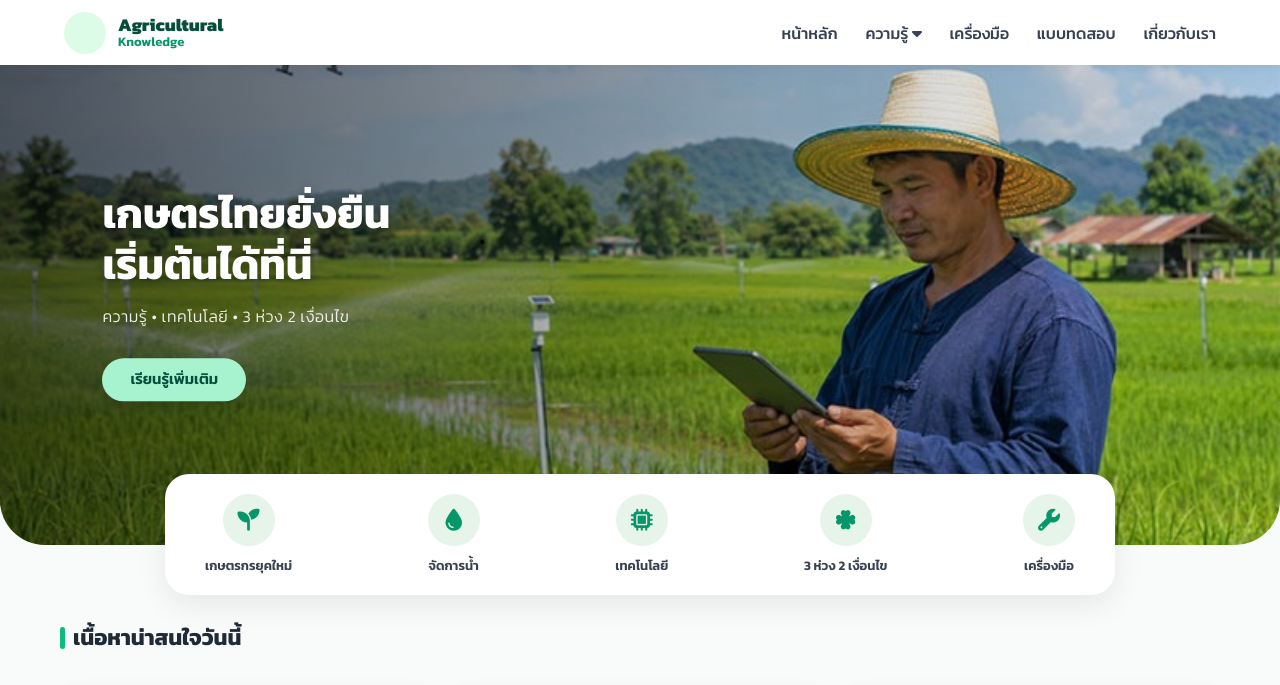
Repository: nuwat-wa/Project-WebdesignAG
Page: ag1.html
These files come from the project's save history. The page is drawn as it stood at one moment and after the next save; the edit follows.
The browser window is 1280 px wide. The pictures show the part of the page from y = 0 to 685 px (the page is 1534 px tall).
Pictures or frames that could not be fetched are drawn as grey boxes.

Above is the page before, as saved 2026-09-25 19:20:21.

### ag1.html
<!doctype html>
<html lang="en">
  <head>
    <meta charset="UTF-8" />
    <meta name="viewport" content="width=device-width, initial-scale=1.0" />
    <title>Agricultural Knowledge</title>
    <link
      href="https://cdn.jsdelivr.net/npm/bootstrap@5.3.8/dist/css/bootstrap.min.css"
      rel="stylesheet"
      integrity="sha384-sRIl4kxILFvY47J16cr9ZwB07vP4J8+LH7qKQnuqkuIAvNWLzeN8tE5YBujZqJLB"
      crossorigin="anonymous"
    />
    <link
      rel="stylesheet"
      href="https://cdnjs.cloudflare.com/ajax/libs/font-awesome/6.7.2/css/all.min.css"
    />
    <link rel="stylesheet" href="ag1.css" />
  </head>
  <body>
    <header class="header">
      <div class="logo">
        <div class="logo-icon">
          <i class=""></i>
        </div>
        <div class="brand-text">
          <h1 class="title">Agricultural</h1>
          <span class="subtitle">Knowledge</span>
        </div>
      </div>

      <nav class="nav-links">
        <a href="#">หน้าหลัก</a>
        <a href="#">ความรู้ <i class="fa-solid fa-caret-down"></i> </a>
        <a href="#">เครื่องมือ</a>
        <a href="#">แบบทดสอบ</a>
        <a href="#">เกี่ยวกับเรา</a>
      </nav>
    </header>

    <!-- Full-Width Hero Section (เต็มความกว้างจอ) -->
    <section class="hero-section-full">
      <div class="hero-banner-bg">
        <!-- รูปภาพ Hero Background -->
        <img src="img/aghero.jpg" alt="เกษตรไทยยั่งยืน" />
        <div class="overlay"></div>

        <!-- ข้อความบน Hero Banner -->
        <div class="hero-content">
          <h2 class="hero-title">เกษตรไทยยั่งยืน<br />เริ่มต้นได้ที่นี่</h2>
          <p class="hero-subtitle">ความรู้ • เทคโนโลยี • 3 ห่วง 2 เงื่อนไข</p>
          <a href="#" class="btn-learn-more"> เรียนรู้เพิ่มเติม </a>
        </div>
      </div>

      <!-- แถบหมวดหมู่ลอยตรงกลาง (Floating Category Bar) -->
      <div class="category-bar-wrapper">
        <div class="category-bar">
          <a href="#" class="category-item">
            <div class="cat-icon"><i class="fa-solid fa-sprout"></i></div>
            <span>เกษตรกรยุคใหม่</span>
          </a>
          <a href="#" class="category-item">
            <div class="cat-icon"><i class="fa-solid fa-droplet"></i></div>
            <span>จัดการน้ำ</span>
          </a>
          <a href="#" class="category-item">
            <div class="cat-icon"><i class="fa-solid fa-microchip"></i></div>
            <span>เทคโนโลยี</span>
          </a>
          <a href="#" class="category-item">
            <div class="cat-icon"><i class="fa-solid fa-clover"></i></div>
            <span>3 ห่วง 2 เงื่อนไข</span>
          </a>
          <a href="#" class="category-item">
            <div class="cat-icon"><i class="fa-solid fa-wrench"></i></div>
            <span>เครื่องมือ</span>
          </a>
        </div>
      </div>
    </section>

    <!-- Main Content Container (ส่วนเนื้อหาจำกัดความกว้างตรงกลาง) -->
    <main class="main-container">
      <!-- Section: เนื้อหาน่าสนใจวันนี้ -->
      <section class="content-section">
        <div class="section-header">
          <h2 class="section-title">เนื้อหาน่าสนใจวันนี้</h2>
        </div>

        <div class="carousel-container">
          <!-- ปุ่มกดเลื่อน Left / Right -->
          <a href="#card-3" class="slider-btn prev-btn" aria-label="Previous"
            ><i class="fa-solid fa-chevron-left"></i
          ></a>

          <div class="cards-scroll-wrapper">
            <!-- Card 1 -->
            <div class="content-card" id="card-1">
              <div class="card-img-holder">
                <img
                  src="https://images.unsplash.com/photo-1508614589041-895b88991e3e?auto=format&fit=crop&w=600&q=80"
                  alt="เทคโนโลยีโดรนเพื่อการเกษตร"
                />
              </div>
              <div class="card-body">
                <h3>เทคโนโลยีโดรนเพื่อการเกษตร</h3>
              </div>
            </div>

            <!-- Card 2 -->
            <div class="content-card" id="card-2">
              <div class="card-img-holder">
                <img
                  src="https://images.unsplash.com/photo-1592417817098-8f3d6ef23a81?auto=format&fit=crop&w=600&q=80"
                  alt="การจัดการดินอย่างยั่งยืน"
                />
              </div>
              <div class="card-body">
                <h3>การจัดการดินอย่างยั่งยืน</h3>
              </div>
            </div>

            <!-- Card 3 -->
            <div class="content-card" id="card-3">
              <div class="card-img-holder">
                <img
                  src="https://images.unsplash.com/photo-1595855759920-86582396756a?auto=format&fit=crop&w=600&q=80"
                  alt="พืชเศรษฐกิจที่น่าสนใจ"
                />
              </div>
              <div class="card-body">
                <h3>พืชเศรษฐกิจที่น่าสนใจ</h3>
              </div>
            </div>
          </div>

          <a href="#card-2" class="slider-btn next-btn" aria-label="Next"
            ><i class="fa-solid fa-chevron-right"></i
          ></a>
        </div>

        <!-- Green Banner Card -->
        <div class="philosophy-banner">
          <div class="banner-info">
            <span class="banner-badge">ปรัชญาเศรษฐกิจพอเพียง</span>
            <h3 class="banner-title">องค์ความรู้ 3 ห่วง 2 เงื่อนไข</h3>
            <p class="banner-desc">
              แนวทางเพื่อความมั่นคงและยั่งยืนทางการเกษตร
            </p>
          </div>
          <a href="#" class="btn-read-banner">เข้าชม</a>
        </div>
      </section>
    </main>

    <footer class="site-footer">
      <div class="footer-top">
        <!-- โลโก้และคำอธิบาย -->
        <div class="footer-about">
          <div class="footer-logo">
            <span class="footer-logo-icon">🌱</span>

            <div>
              <strong>Agricultural</strong>
              <small>Knowledge</small>
            </div>
          </div>

          <p>
            แพลตฟอร์มการเรียนรู้และคลังความรู้เพื่อการเรียนรู้ด้านการเกษตร
            สนับสนุนเกษตรกรไทยด้วยเทคโนโลยีและองค์ความรู้ที่ยั่งยืน
          </p>
        </div>

        <!-- เมนูหลัก -->
        <div class="footer-column">
          <h3>เมนูหลัก</h3>

          <ul>
            <li><a href="home.html">หน้าหลัก</a></li>
            <li><a href="knowledge.html">ความรู้</a></li>
            <li><a href="tools.html">เครื่องมือ</a></li>
            <li><a href="quiz.html">แบบทดสอบ</a></li>
            <li><a href="about.html">เกี่ยวกับเรา</a></li>
          </ul>
        </div>

        <!-- หมวดความรู้ -->
        <div class="footer-column">
          <h3>ความรู้</h3>

          <ul>
            <li><a href="modern-farming.html">เกษตรยุคใหม่</a></li>
            <li><a href="water.html">การจัดการน้ำ</a></li>
            <li><a href="drone.html">เทคโนโลยีโดรน</a></li>
            <li><a href="sufficiency.html">3 ห่วง 2 เงื่อนไข</a></li>
            <li><a href="crops.html">พืชเศรษฐกิจ</a></li>
          </ul>
        </div>

        <!-- ติดต่อ -->
        <div class="footer-contact">
          <h3>ติดต่อเรา</h3>

          <p>
            ส่งเสริมการเกษตรและเครือข่ายความร่วมมืออัจฉริยะ
            เพื่อยกระดับคุณภาพชีวิตเกษตรกร
          </p>

          <!-- ใส่ URL ของช่องทางจริงใน href -->
          <div class="footer-social">
            <a href="#" aria-label="Facebook">f</a>
            <a href="#" class="social-line" aria-label="LINE">LINE</a>
            <a href="#" aria-label="YouTube">▶</a>
          </div>
        </div>
      </div>

      <!-- ส่วนล่าง -->
      <div class="footer-bottom">
        <p>© 2026 Agricultural Knowledge Platform. All rights reserved.</p>

        <div class="footer-policy">
          <a href="privacy.html">นโยบายความเป็นส่วนตัว</a>
          <span>·</span>
          <a href="terms.html">ข้อกำหนดการใช้งาน</a>
        </div>
      </div>
    </footer>

    <script
      src="https://cdn.jsdelivr.net/npm/bootstrap@5.3.8/dist/js/bootstrap.bundle.min.js"
      integrity="sha384-FKyoEForCGlyvwx9Hj09JcYn3nv7wiPVlz7YYwJrWVcXK/BmnVDxM+D2scQbITxI"
      crossorigin="anonymous"
    ></script>
  </body>
</html>

### ag1.css
@import url("https://fonts.googleapis.com/css2?family=Kanit:ital,wght@0,100;0,200;0,300;0,400;0,500;0,600;0,700;0,800;0,900;1,100;1,200;1,300;1,400;1,500;1,600;1,700;1,800;1,900&display=swap");

* {
  margin: 0;
  padding: 0;
  box-sizing: border-box;
  font-family: "Kanit", sans-serif;
  font-style: normal;
}

body {
  background: #f8fbf9;
  overflow-x: hidden;
}

/* Scrollbar Clean Design */
html {
  scrollbar-width: none;
  -ms-overflow-style: none;
  scroll-behavior: smooth;
}

html::-webkit-scrollbar {
  display: none;
}

/* Header Navbar */
.header {
  position: fixed;
  top: 0;
  left: 0;
  width: 100%;
  padding: 0 5%;
  height: 65px;
  background: white;
  display: flex;
  justify-content: space-between;
  align-items: center;
  box-shadow: 0 2px 10px rgba(0, 0, 0, 0.05);
  z-index: 1000;
}

.logo {
  display: flex;
  align-items: center;
  gap: 12px;
}

.logo-icon {
  width: 42px;
  height: 42px;
  background-color: #dcfce7;
  border-radius: 50%;
  display: flex;
  align-items: center;
  justify-content: center;
}

.brand-text {
  display: flex;
  flex-direction: column;
}

.title {
  margin: 0;
  font-size: 18px;
  font-weight: 800;
  color: #064e3b;
  line-height: 0.95;
}

.subtitle {
  font-size: 13px;
  font-weight: 600;
  color: #059669;
  line-height: 1.1;
  margin-top: 2px;
}

.nav-links a {
  text-decoration: none;
  color: #374151;
  font-weight: 500;
  margin-left: 24px;
  padding-bottom: 4px;
  transition: all 0.2s ease;
}

.nav-links a:hover,
.nav-links a.active {
  color: #2d6a4f;
  border-bottom: 2px solid #2d6a4f;
}

/* -------------------------------------------------------------
   Hero Section Full-Width (ขยายเต็ม 100% หน้าจอ + มุมโค้งล่าง)
---------------------------------------------------------------- */
.hero-section-full {
  position: relative;
  width: 100vw;
  margin-top: 65px; /* ชดเชยความสูง Header */
  margin-bottom: 80px;
  left: 50%;
  right: 50%;
  margin-left: -50vw;
  margin-right: -50vw;
}

.hero-banner-bg {
  position: relative;
  width: 100%;
  height: 480px;
  /* โค้งเฉพาะมุมล่างซ้าย-ขวา */
  border-radius: 0 0 45px 45px;
  overflow: hidden;
  background-color: #0d2818;
}

.hero-banner-bg img {
  width: 100%;
  height: 100%;
  object-fit: cover;
  display: block;
}

.hero-banner-bg .overlay {
  position: absolute;
  top: 0;
  left: 0;
  width: 100%;
  height: 100%;
  background: linear-gradient(
    90deg,
    rgba(0, 0, 0, 0.6) 0%,
    rgba(0, 0, 0, 0.2) 60%,
    rgba(0, 0, 0, 0) 100%
  );
}

.hero-content {
  position: absolute;
  top: 48%;
  left: 8%;
  transform: translateY(-50%);
  color: white;
  z-index: 2;
  max-width: 550px;
}

.hero-title {
  font-size: 42px;
  font-weight: 700;
  line-height: 1.2;
  margin-bottom: 14px;
  text-shadow: 0 2px 10px rgba(0, 0, 0, 0.3);
}

.hero-subtitle {
  font-size: 16px;
  font-weight: 300;
  opacity: 0.9;
  margin-bottom: 30px;
  letter-spacing: 0.5px;
}

.btn-learn-more {
  display: inline-flex;
  align-items: center;
  justify-content: center;
  padding: 10px 28px;
  background-color: #a7f3d0;
  color: #064e3b;
  border-radius: 50px;
  text-decoration: none;
  font-weight: 600;
  font-size: 15px;
  box-shadow: 0 4px 15px rgba(0, 0, 0, 0.15);
  transition: all 0.3s ease;
}

.btn-learn-more:hover {
  background-color: #6ee7b7;
  transform: translateY(-2px);
  box-shadow: 0 6px 20px rgba(0, 0, 0, 0.2);
}

/* Floating Category Bar */
.category-bar-wrapper {
  position: absolute;
  bottom: -50px;
  left: 0;
  width: 100%;
  display: flex;
  justify-content: center;
  z-index: 10;
  padding: 0 20px;
}

.category-bar {
  width: 100%;
  max-width: 950px;
  background: white;
  border-radius: 24px;
  padding: 20px 40px;
  display: flex;
  justify-content: space-between;
  align-items: center;
  box-shadow: 0 10px 30px rgba(0, 0, 0, 0.08);
}

.category-item {
  display: flex;
  flex-direction: column;
  align-items: center;
  gap: 10px;
  text-decoration: none;
  color: #374151;
  font-size: 13px;
  font-weight: 600;
  transition: transform 0.2s ease;
}

.category-item:hover {
  transform: translateY(-4px);
  color: #059669;
}

.cat-icon {
  width: 52px;
  height: 52px;
  background-color: #e6f4ea;
  color: #059669;
  border-radius: 50%;
  display: flex;
  align-items: center;
  justify-content: center;
  font-size: 22px;
}

/* -------------------------------------------------------------
   Main Container (จำกัดความกว้างเนื้อหาตรงกลาง)
---------------------------------------------------------------- */
.main-container {
  max-width: 1200px;
  margin: 0 auto;
  padding: 0 20px;
}

/* Section: เนื้อหาน่าสนใจวันนี้ */
.content-section {
  margin-top: 40px;
  margin-bottom: 60px;
}

.section-header {
  margin-bottom: 24px;
}

.section-title {
  font-size: 22px;
  font-weight: 700;
  color: #1f2937;
  display: flex;
  align-items: center;
  gap: 8px;
}

.section-title::before {
  content: "";
  display: inline-block;
  width: 5px;
  height: 22px;
  background-color: #10b981;
  border-radius: 4px;
}

/* Carousel Layout */
.carousel-container {
  position: relative;
  display: flex;
  align-items: center;
}

.slider-btn {
  position: absolute;
  top: 50%;
  transform: translateY(-50%);
  width: 38px;
  height: 38px;
  background: white;
  border-radius: 50%;
  box-shadow: 0 4px 12px rgba(0, 0, 0, 0.15);
  display: flex;
  align-items: center;
  justify-content: center;
  color: #4b5563;
  text-decoration: none;
  z-index: 10;
  transition: all 0.2s ease;
}

.slider-btn:hover {
  background: #10b981;
  color: white;
}

.prev-btn {
  left: -18px;
}
.next-btn {
  right: -18px;
}

.cards-scroll-wrapper {
  display: flex;
  gap: 20px;
  overflow-x: auto;
  scroll-snap-type: x mandatory;
  scroll-behavior: smooth;
  width: 100%;
  padding: 10px 0;
  scrollbar-width: none;
}

.cards-scroll-wrapper::-webkit-scrollbar {
  display: none;
}

.content-card {
  flex: 0 0 calc(33.333% - 14px);
  min-width: 280px;
  background: white;
  border-radius: 16px;
  overflow: hidden;
  box-shadow: 0 4px 15px rgba(0, 0, 0, 0.05);
  scroll-snap-align: start;
  transition:
    transform 0.3s ease,
    box-shadow 0.3s ease;
}

.content-card:hover {
  transform: translateY(-5px);
  box-shadow: 0 10px 25px rgba(0, 0, 0, 0.1);
}

.card-img-holder {
  width: 100%;
  height: 180px;
  overflow: hidden;
}

.card-img-holder img {
  width: 100%;
  height: 100%;
  object-fit: cover;
  transition: transform 0.4s ease;
}

.content-card:hover .card-img-holder img {
  transform: scale(1.05);
}

.card-body {
  padding: 18px 20px;
}

.card-body h3 {
  font-size: 15px;
  font-weight: 600;
  color: #1f2937;
  text-align: center;
}

/* Green Banner Card */
.philosophy-banner {
  margin-top: 35px;
  background: linear-gradient(135deg, #064e3b 0%, #047857 100%);
  border-radius: 16px;
  padding: 20px 32px;
  display: flex;
  justify-content: space-between;
  align-items: center;
  color: white;
  box-shadow: 0 8px 20px rgba(6, 78, 59, 0.15);
}

.banner-badge {
  font-size: 11px;
  background: rgba(255, 255, 255, 0.15);
  padding: 3px 10px;
  border-radius: 20px;
  display: inline-block;
  margin-bottom: 6px;
}

.banner-title {
  font-size: 18px;
  font-weight: 700;
  margin-bottom: 2px;
}

.banner-desc {
  font-size: 13px;
  opacity: 0.85;
}

.btn-read-banner {
  background: white;
  color: #064e3b;
  padding: 8px 26px;
  border-radius: 30px;
  text-decoration: none;
  font-weight: 600;
  font-size: 14px;
  transition: all 0.2s ease;
}

.btn-read-banner:hover {
  background: #dcfce7;
  transform: scale(1.03);
}

/* Footer Section */
.site-footer {
  padding: 50px 4% 25px;
  background-color: #193f31;
  color: #a4bdb0;
  font-size: 14px;
  line-height: 1.7;
  width: 100%;
}

.site-footer a {
  color: #a4bdb0;
  text-decoration: none;
}

.site-footer a:hover {
  color: #65dfb0;
}

.site-footer .footer-top {
  display: flex;
  justify-content: space-between;
  gap: 45px;
  max-width: 1200px;
  margin: auto;
}

.site-footer .footer-about {
  flex: 1.6;
  min-width: 0;
}
.site-footer .footer-column {
  flex: 0.9;
  min-width: 0;
}
.site-footer .footer-contact {
  flex: 1.2;
  min-width: 0;
}

.site-footer .footer-logo {
  display: flex;
  align-items: center;
  gap: 10px;
  margin-bottom: 20px;
}

.site-footer .footer-logo-icon {
  display: flex;
  align-items: center;
  justify-content: center;
  width: 34px;
  height: 34px;
  border-radius: 50%;
  background-color: #245b42;
  font-size: 20px;
}

.site-footer .footer-logo strong {
  display: block;
  color: #bdd0c5;
  font-size: 18px;
  line-height: 1.2;
}

.site-footer .footer-logo small {
  display: block;
  color: #50c998;
  font-size: 11px;
}

.site-footer h3 {
  margin: 0 0 18px;
  color: white;
  font-size: 16px;
}

.site-footer h3::before {
  content: "•";
  margin-right: 8px;
  color: #3bd4a0;
}

.site-footer ul {
  margin: 0;
  padding: 0;
  list-style: none;
}

.site-footer li {
  margin-bottom: 8px;
}

.site-footer .footer-social {
  display: flex;
  gap: 12px;
  margin-top: 25px;
}

.site-footer .footer-social a {
  display: flex;
  align-items: center;
  justify-content: center;
  width: 36px;
  height: 36px;
  border-radius: 50%;
  background-color: #224b3b;
  color: #6ce4b6;
  font-size: 16px;
}

.site-footer .footer-social a:hover {
  background-color: #30634e;
}

.site-footer .footer-bottom {
  display: flex;
  justify-content: space-between;
  align-items: center;
  gap: 20px;
  max-width: 1200px;
  margin: 40px auto 0;
  padding-top: 22px;
  border-top: 1px solid #2b5140;
  font-size: 12px;
}

.site-footer .footer-policy {
  display: flex;
  gap: 15px;
}

/* Responsive Handling */
@media (max-width: 992px) {
  .hero-title {
    font-size: 32px;
  }
  .nav-links {
    display: none;
  }
  .content-card {
    flex: 0 0 calc(50% - 10px);
  }
  .category-bar {
    max-width: 90%;
    padding: 15px 10px;
  }
  .category-item span {
    font-size: 11px;
  }
}

@media (max-width: 768px) {
  .hero-banner-bg {
    height: 400px;
    border-radius: 0 0 30px 30px;
  }
  .hero-content {
    left: 5%;
    right: 5%;
  }
  .category-bar-wrapper {
    position: relative;
    bottom: auto;
    margin-top: -35px;
  }
  .category-bar {
    overflow-x: auto;
    justify-content: flex-start;
    gap: 20px;
    border-radius: 16px;
  }
  .content-card {
    flex: 0 0 85%;
  }
  .philosophy-banner {
    flex-direction: column;
    align-items: flex-start;
    gap: 16px;
  }
  .site-footer .footer-top {
    flex-wrap: wrap;
    gap: 30px;
  }
  .site-footer .footer-about,
  .site-footer .footer-column,
  .site-footer .footer-contact {
    flex: 1 1 45%;
  }
}

@media (max-width: 480px) {
  .hero-title {
    font-size: 26px;
  }
  .hero-subtitle {
    font-size: 13px;
  }
  .site-footer .footer-top {
    flex-direction: column;
  }
  .site-footer .footer-about,
  .site-footer .footer-column,
  .site-footer .footer-contact {
    flex: 1 1 100%;
  }
}

After the next save:
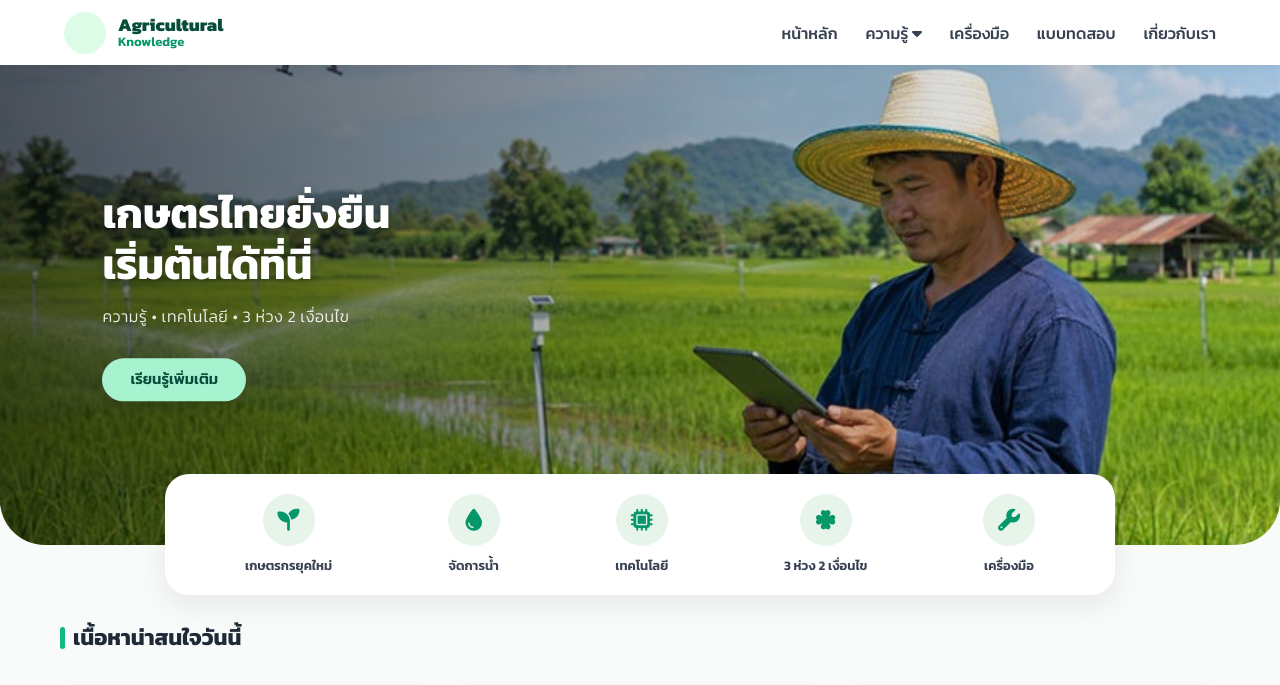
Saved 8 s later.
--- a/ag1.css
+++ b/ag1.css
@@ -201,7 +201,7 @@ html::-webkit-scrollbar {
   max-width: 950px;
   background: white;
   border-radius: 24px;
-  padding: 20px 40px;
+  padding: 20px 80px;
   display: flex;
   justify-content: space-between;
   align-items: center;
